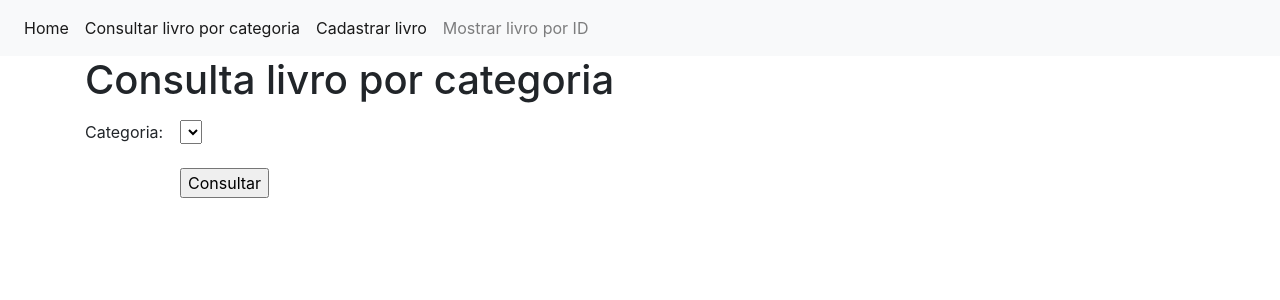
Repository: SrtaVerdant/projeto-livraria
Page: http://localhost/ProjetoLivraria/listaLivroPorCategoria.jsp
An editor plug-in stored every save of this project. The page is shown before and after the next save, followed by the edit.
The browser window is 1280 px wide. The pictures show the whole page.
Some web libraries are served in a nearby version. The page is served by Tomcat 9. Queries for data that is not in the repository find no rows.

Above is the page before, as saved 2022-10-30 00:47:06.

After the next save:
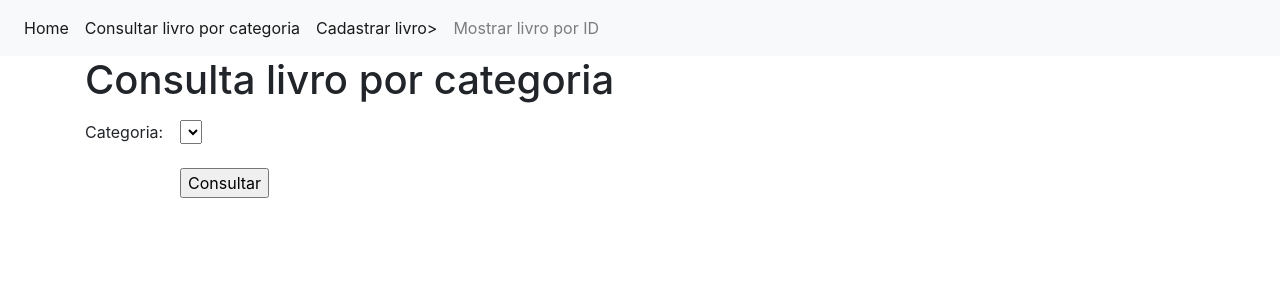
Saved 11 s later.
--- a/ProjetoLivraria/src/main/webapp/listaLivroPorCategoria.jsp
+++ b/ProjetoLivraria/src/main/webapp/listaLivroPorCategoria.jsp
@@ -29,13 +29,13 @@
 		  <div class="collapse navbar-collapse" id="navbarNav">
 		    <ul class="navbar-nav">
 		    <li class="nav-item active">
-			        <a class="nav-link" href="index.jsp">Home <span class="sr-only">(current)</span></a>
+			        <a class="nav-link" href="index.jsp">Home</a>
 			     </li>
 		   		<li class="nav-item active">
-		        <a class="nav-link" href="#">Consultar livro por categoria <span class="sr-only">(current)</span></a>
+		        <a class="nav-link" href="#">Consultar livro por categoria</a>
 		      </li>
 		      <li class="nav-item active">
-		        <a class="nav-link" href="adicionar.jsp">Cadastrar livro <span class="sr-only">(current)</span></a>
+		        <a class="nav-link" href="adicionar.jsp">Cadastrar livro></a>
 		      </li>
 		      <li class="nav-item">
 		        <a class="nav-link" href="#">Mostrar livro por ID</a>

After the save that followed:
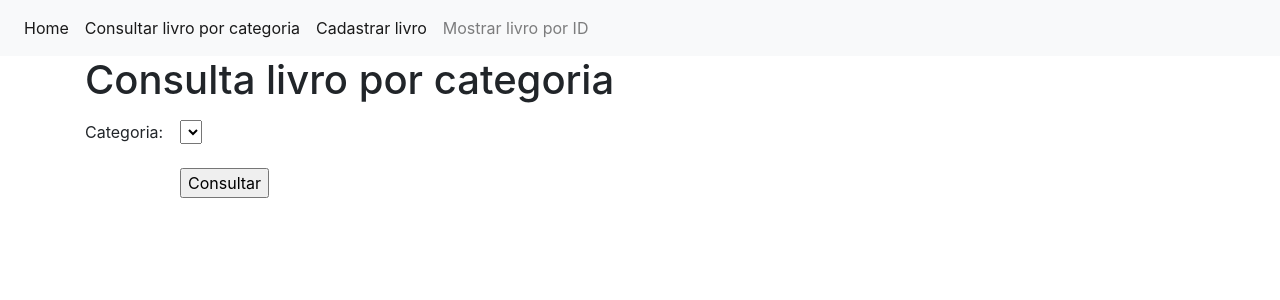
Saved 24 s later.
--- a/ProjetoLivraria/src/main/webapp/listaLivroPorCategoria.jsp
+++ b/ProjetoLivraria/src/main/webapp/listaLivroPorCategoria.jsp
@@ -35,7 +35,7 @@
 		        <a class="nav-link" href="#">Consultar livro por categoria</a>
 		      </li>
 		      <li class="nav-item active">
-		        <a class="nav-link" href="adicionar.jsp">Cadastrar livro></a>
+		        <a class="nav-link" href="adicionar.jsp">Cadastrar livro</a>
 		      </li>
 		      <li class="nav-item">
 		        <a class="nav-link" href="#">Mostrar livro por ID</a>
